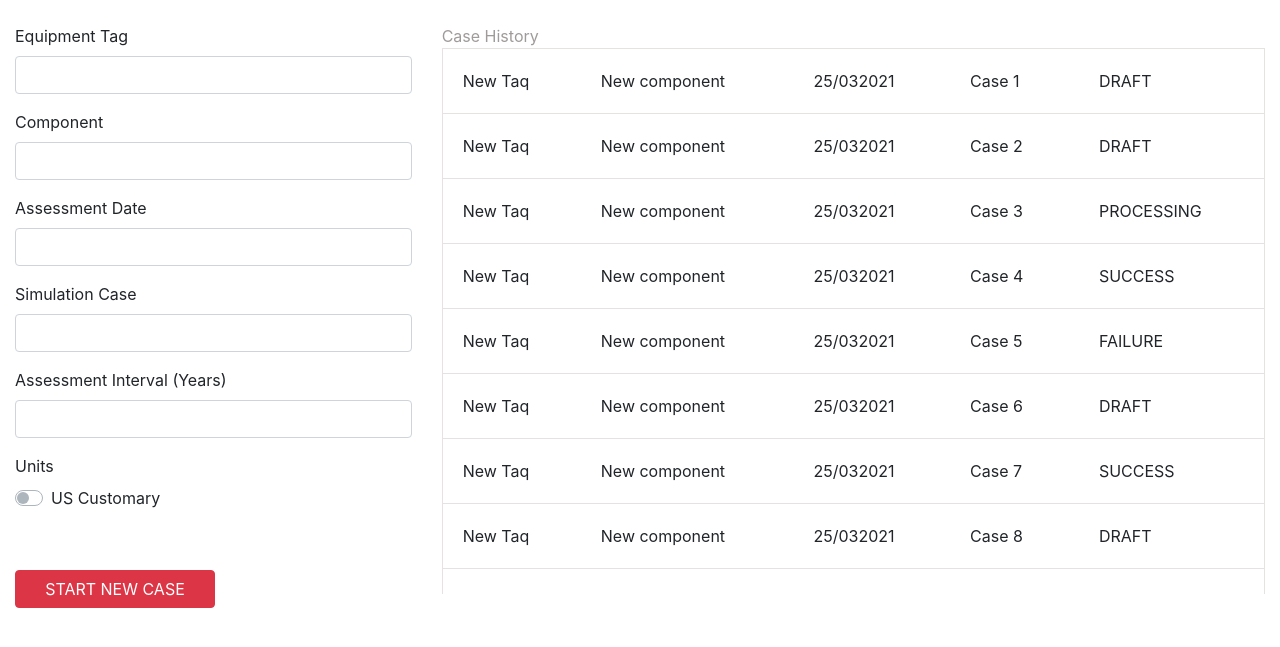
Repository: arif286/dashboard
Page: /
These files come from the project's save history. The page is drawn as it stood at one moment and after the next save; the edit follows.
The browser window is 1280 px wide. The pictures show the whole page.
An inner scrolling area shows only its first screen. The project was rebuilt for these pictures with package versions that can differ from the ones it lists, and the page was loaded fresh each time. The framework's server and built-in components were replaced by stand-ins that run in the browser. Also part of the build but not shown: nuxt.config.js, components/Nav.vue.

Above is the page before, as saved 2021-06-18 19:23:17.

### components/Form.vue
<template>
  <div>
    <form class="Assessment-input" action="">
      <div class="mb-3">
        <label for="Input1" class="form-label">Equipment Tag</label>
        <input id="Input1" type="text" class="form-control">
      </div>
      <div class="mb-3">
        <label for="Input2" class="form-label">Component</label>
        <input id="Input2" type="text" class="form-control">
      </div>
      <div class="mb-3">
        <label for="Input3" class="form-label">Assessment Date</label>
        <input id="Input3" type="text" class="form-control">
      </div>
      <div class="mb-3">
        <label for="Input4" class="form-label">Simulation Case</label>
        <input id="Input4" type="text" class="form-control">
      </div>
      <div class="mb-3">
        <label for="Input5" class="form-label">Assessment Interval (Years)</label>
        <input id="Input5" type="text" class="form-control">
      </div>
      <div>
        <label for="Input5" class="form-label">Units</label>
        <b-form-checkbox v-model="checked" name="check-button" switch>
          US Customary
        </b-form-checkbox>
      </div>
      <b-button class="submit-button" type="submit" variant="danger">
        START NEW CASE
      </b-button>
    </form>
  </div>
</template>
<script>
export default {
  data () {
    return {
      form: {
        email: '',
        name: '',
        food: null,
        checked: []
      },
      foods: [
        { text: 'Select One', value: null },
        'Carrots',
        'Beans',
        'Tomatoes',
        'Corn'
      ],
      show: true,
      checked: false
    }
  },
  methods: {
    onSubmit (event) {
      event.preventDefault()
      alert(JSON.stringify(this.form))
    }
  }
}
</script>
<style>
.submit-button {
  width: 200px;
  margin-top: 60px;
}
.Assessment-input input:focus {
  border-color: red;
  box-shadow: none;
}
</style>

### components/Table.vue
<template>
  <div class="table-contain">
    <p class="title">
      Case History
    </p>
    <table class="w-100 table-border">
      <!-- <thead>
        <tr>
          <th className="text-secondary" scope="col">
            Name
          </th>
          <th className="text-secondary" scope="col">
            Email Id
          </th>
          <th className="text-secondary" scope="col">
            Service
          </th>
          <th className="text-secondary" scope="col">
            pay with
          </th>
          <th className="text-secondary" scope="col">
            status
          </th>
        </tr>
      </thead> -->
      <tbody>
        <tr v-for="item in data" :key="item.id">
          <td>{{ item.equipmentTag }}</td>
          <td>{{ item.component }}</td>
          <td>{{ item.assessmentDate }}</td>
          <td>Case {{ item.case }}</td>
          <td>{{ item.status }}</td>
          <td v-if="item.status == true">
            copy
          </td>
        </tr>
      </tbody>
    </table>
  </div>
</template>

<script>
export default {
  props: {
    data: {
      type: Array,
      required: true
    }
  },
  data () {
    return {
      copyBtn: 'copy'
    }
  }
}
</script>
<style scoped>

.table-border tr{
 border: 1px solid #e6e2e2;
}
.table-border td{
  padding: 20px;
}
.title{
  margin-bottom: 0px;
  color: #a09b9b;
}
.table-contain {
  height: 570px;
  overflow-y: scroll;
}
</style>

### pages/index.vue
<template>
  <div class="container">
    <div class="row mt-4">
      <div class="col-4">
        <Form />
      </div>
      <div class="col-8">
        <Table :data="dashboardData" />
      </div>
    </div>
  </div>
</template>

<script>
import { dashboardData } from '@/assets/dashboard.js'
// eslint-disable-next-line semi
export default {
  data () {
    return { dashboardData }
  }
}
</script>

<style>
.container {
  max-width: 1760px;
}
</style>

### assets/dashboard.js
export const dashboardData = [
  {
    id: 1,
    equipmentTag: 'New Taq',
    component: 'New component',
    assessmentDate: '25/032021',
    case: 1,
    status: 'DRAFT'
  },
  {
    id: 2,
    equipmentTag: 'New Taq',
    component: 'New component',
    assessmentDate: '25/032021',
    case: 2,
    status: 'DRAFT'
  },
  {
    id: 3,
    equipmentTag: 'New Taq',
    component: 'New component',
    assessmentDate: '25/032021',
    case: 3,
    status: 'PROCESSING',
    copy: true
  },
  {
    id: 4,
    equipmentTag: 'New Taq',
    component: 'New component',
    assessmentDate: '25/032021',
    case: 4,
    status: 'SUCCESS',
    copy: true
  },
  {
    id: 5,
    equipmentTag: 'New Taq',
    component: 'New component',
    assessmentDate: '25/032021',
    case: 5,
    status: 'FAILURE',
    copy: true
  },
  {
    id: 6,
    equipmentTag: 'New Taq',
    component: 'New component',
    assessmentDate: '25/032021',
    case: 6,
    status: 'DRAFT'
  },
  {
    id: 7,
    equipmentTag: 'New Taq',
    component: 'New component',
    assessmentDate: '25/032021',
    case: 7,
    status: 'SUCCESS',
    copy: true
  },
  {
    id: 8,
    equipmentTag: 'New Taq',
    component: 'New component',
    assessmentDate: '25/032021',
    case: 8,
    status: 'DRAFT'
  },
  {
    id: 9,
    equipmentTag: 'New Taq',
    component: 'New component',
    assessmentDate: '25/032021',
    case: 9,
    status: 'DRAFT'
  },
  {
    id: 10,
    equipmentTag: 'New Taq',
    component: 'New component',
    assessmentDate: '25/032021',
    case: 10,
    status: 'DRAFT'
  }
]

Loaded but not shown: layouts/default.vue (common file)

After the next save:
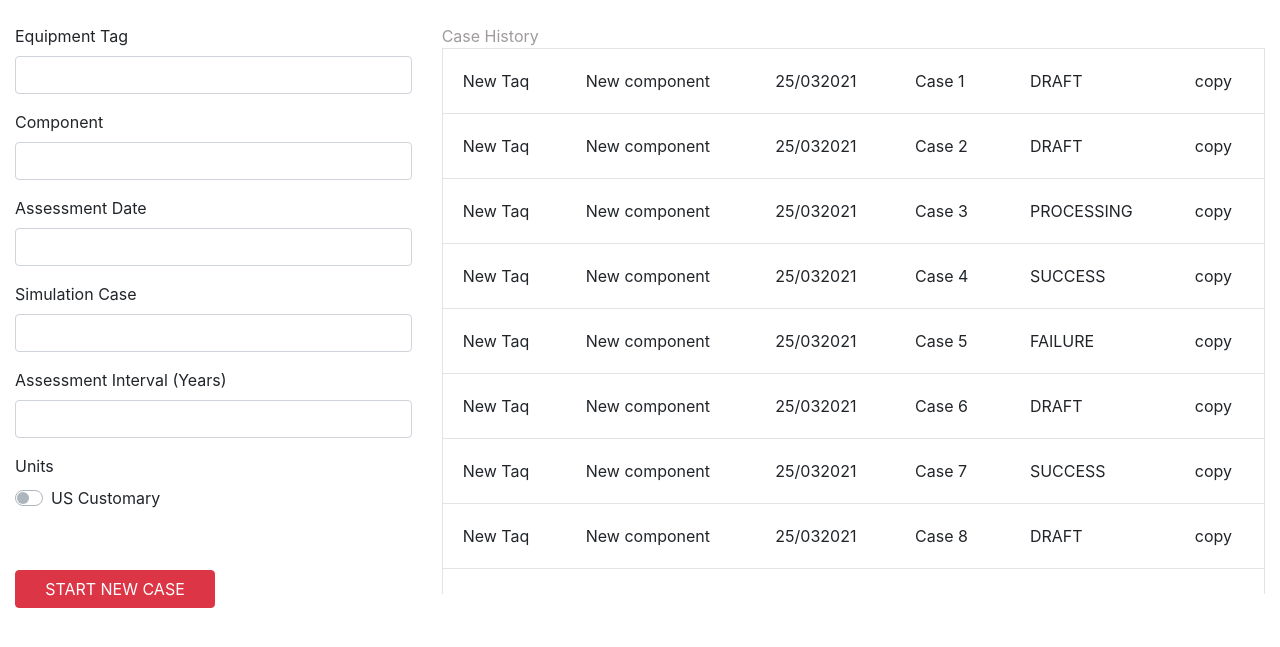
Saved 29 s later.
--- a/components/Table.vue
+++ b/components/Table.vue
@@ -30,7 +30,7 @@
           <td>{{ item.assessmentDate }}</td>
           <td>Case {{ item.case }}</td>
           <td>{{ item.status }}</td>
-          <td v-if="item.status == true">
+          <td>
             copy
           </td>
         </tr>
